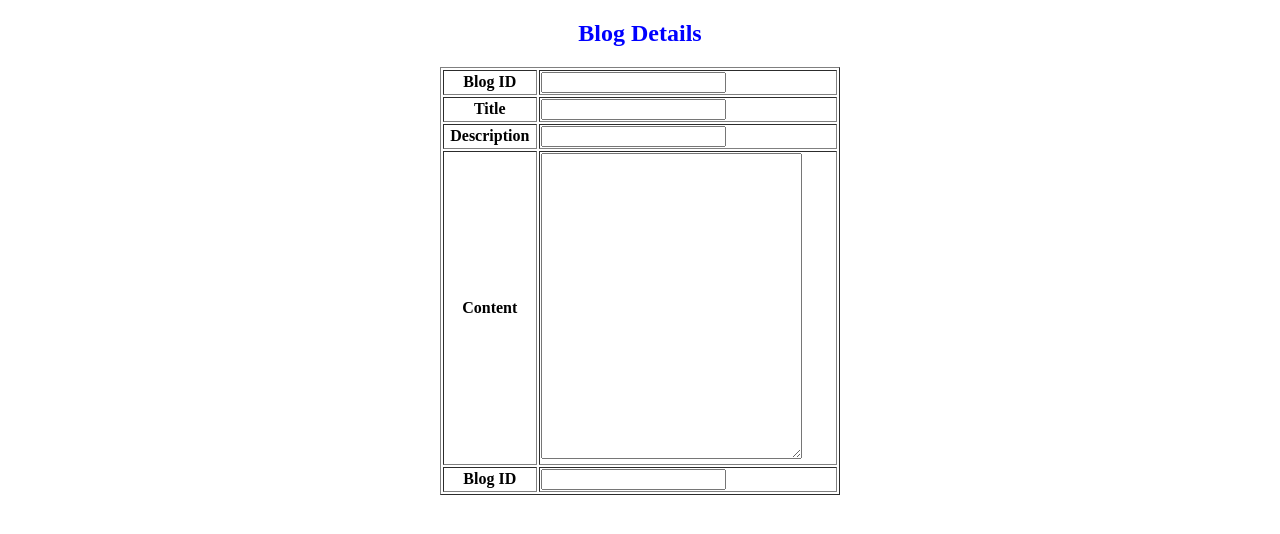
Repository: choubeyshubham018/CompleteJavaQuestions
Page: http://localhost/Ques_17_ServletBlogApplication/blog.jsp
An editor plug-in stored every save of this project. The page is shown before and after the next save, followed by the edit.
The browser window is 1280 px wide. The pictures show the whole page.
The page is served by Tomcat 9.

Above is the page before, as saved 2023-09-19 07:19:10.

After the next save:
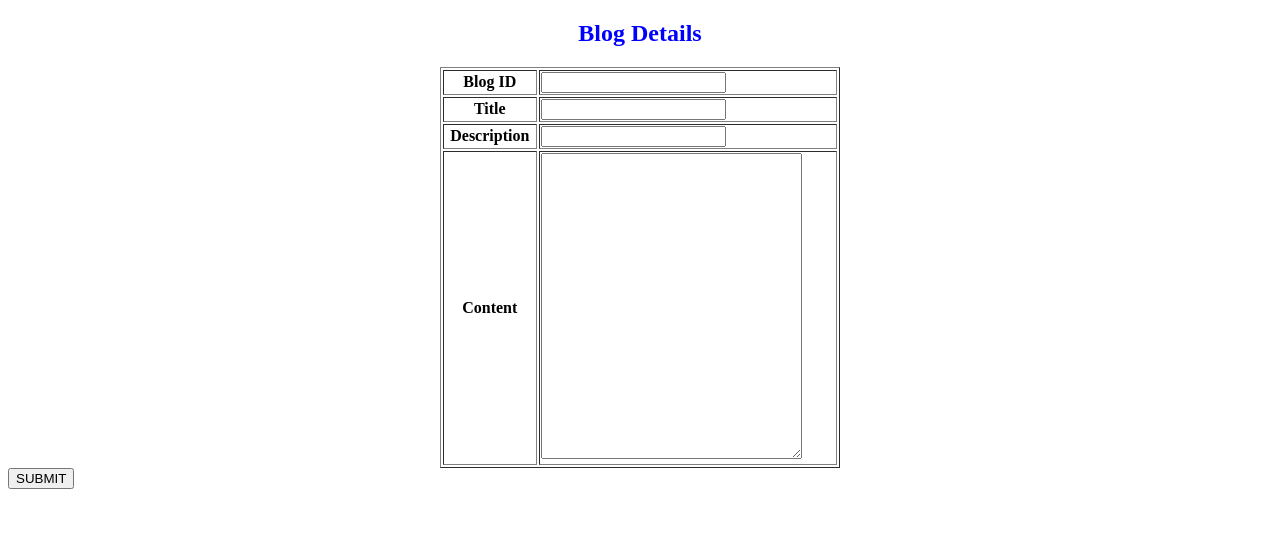
Saved 85 s later.
--- a/Servlet Assignment/Ques_17_ServletBlogApplication/src/main/webapp/blog.jsp
+++ b/Servlet Assignment/Ques_17_ServletBlogApplication/src/main/webapp/blog.jsp
@@ -27,11 +27,9 @@
 	<th>Content</th>
 	<td><textarea rows="20" cols="30" name="content"></textarea></td>
 </tr>
-<tr>
-	<th>Blog ID</th>
-	<td><input type="text" name="bid"></td>
-</tr>
+
 </table>
+<input type="submit" value="SUBMIT" >
 </form>
 </body>
 </html>
